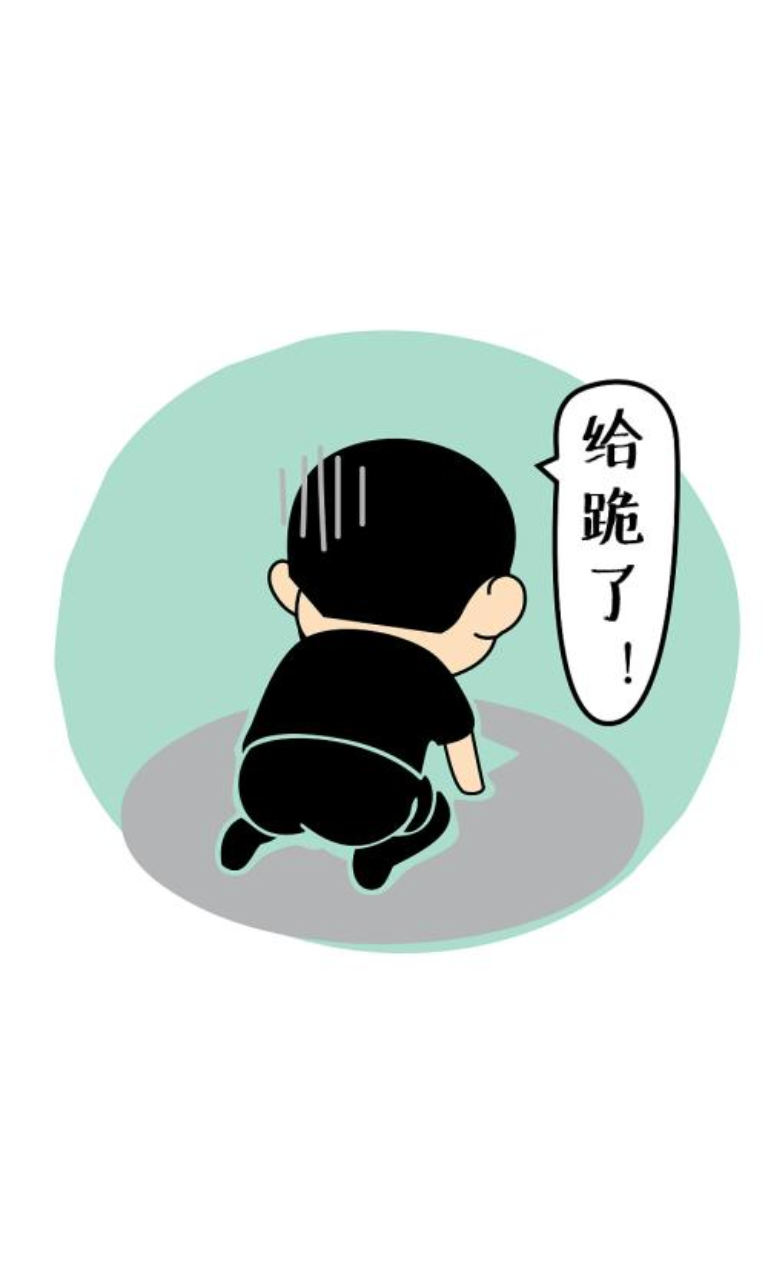
Repository: lihangogo/LHweather
Layout: LHweather/res/layout/errorshow.xml
An editor plug-in stored every save of this project. The layout is shown before and after the next save, followed by the edit.
It is drawn on a 768 x 1280 px phone screen (xhdpi) without system bars, with theme AppTheme; the app's code is not run.

Above is the layout before, as saved 2017-08-21 02:07:06.

After the next save:
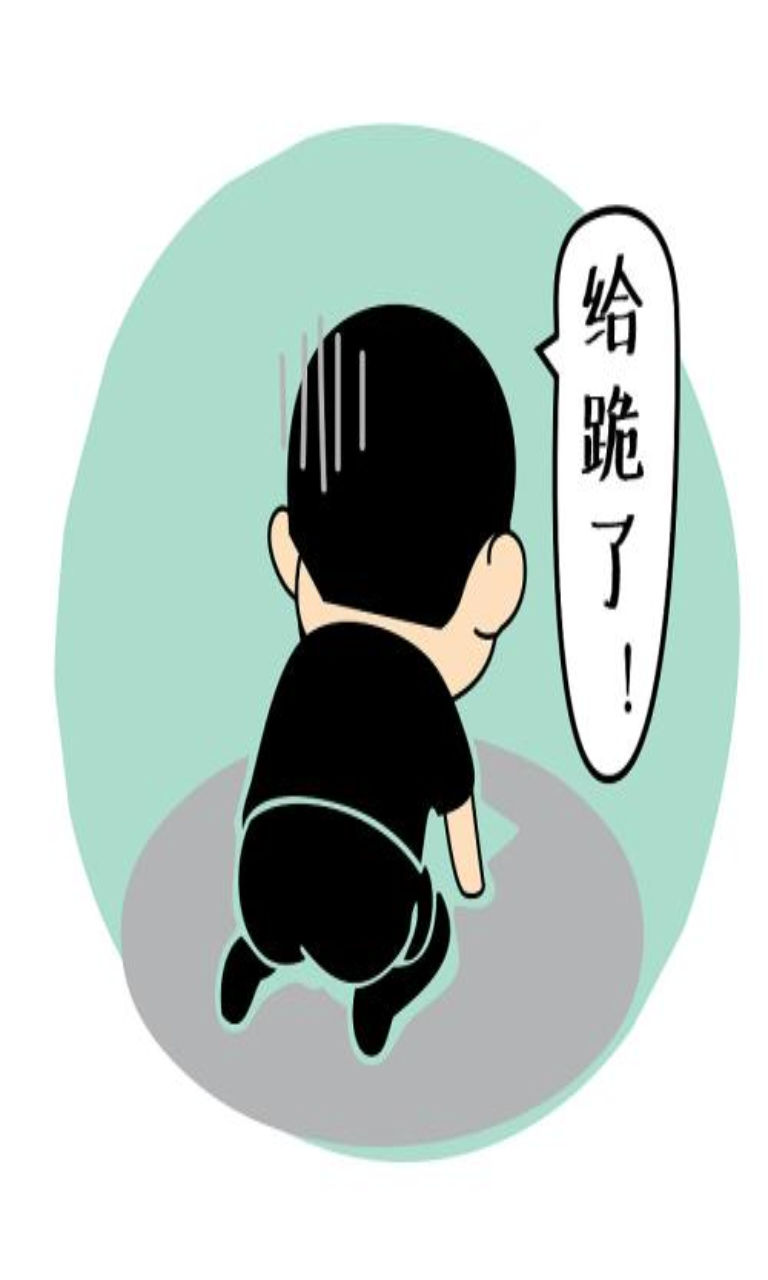
Saved 91 s later.
--- a/LHweather/res/layout/errorshow.xml
+++ b/LHweather/res/layout/errorshow.xml
@@ -8,7 +8,7 @@
     <ImageView
         android:layout_width="match_parent"
     	android:layout_height="match_parent"
-    	android:src="@drawable/error"
+    	android:background="@drawable/error"
     	android:contentDescription="@string/error"
         />
 </LinearLayout>
